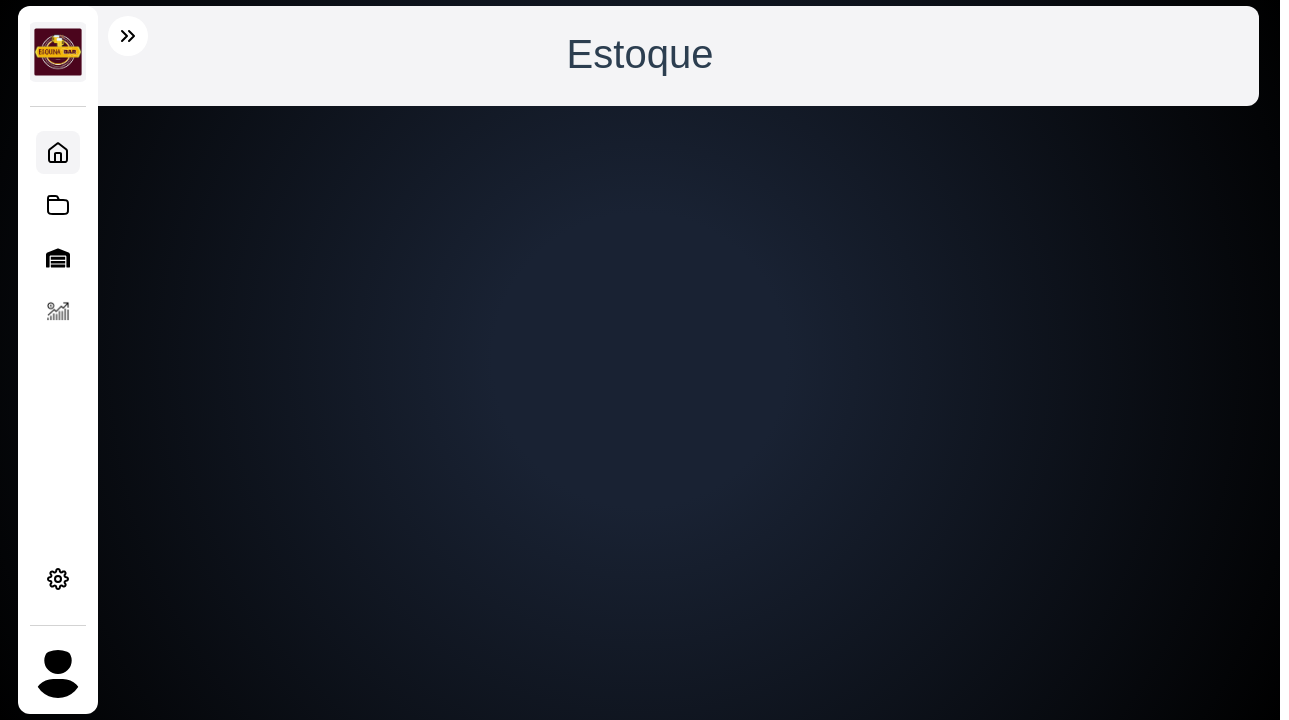
Repository: jazaoo13/Projeto_Oficina_Integracao
Page: / (app in Aplicacao_vue/)
The author's editor kept a copy of each file at every save. The page is drawn from the files as they stood at one save, then again after the next save.
The browser window is 1280 px wide. The page is 1280 px wide, then 1289 px, so the pictures cover 1289 px, including what lies to the right of the window. The pictures show the whole page.
The page's requests for data from a server got no answer. The project was rebuilt for these pictures with package versions that can differ from the ones it lists, and the page was loaded fresh each time. No one was signed in, and anything a server would have sent is missing. Also part of the build but not shown: Aplicacao_vue/vue.config.js, Aplicacao_vue/src/View/jazao.vue.

Above is the page before, as saved 2023-11-19 14:14:18.

After the next save:
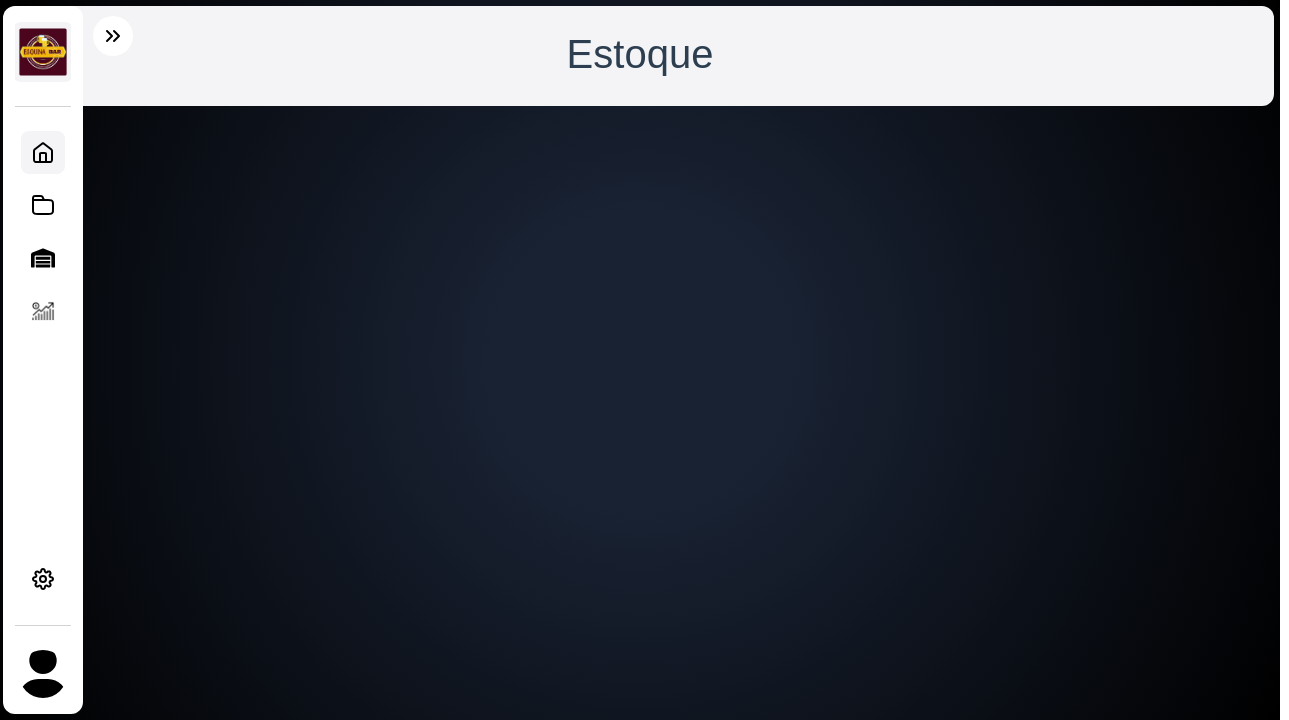
Saved 65 s later.
--- a/Aplicacao_vue/src/View/Home.vue
+++ b/Aplicacao_vue/src/View/Home.vue
@@ -61,6 +61,8 @@ export default {
   flex: 1;
   display: flex;
   flex-direction: column;
+  padding-right: 0px;
+  padding-left: 0px;
 }
 .row {
   display: flex;
